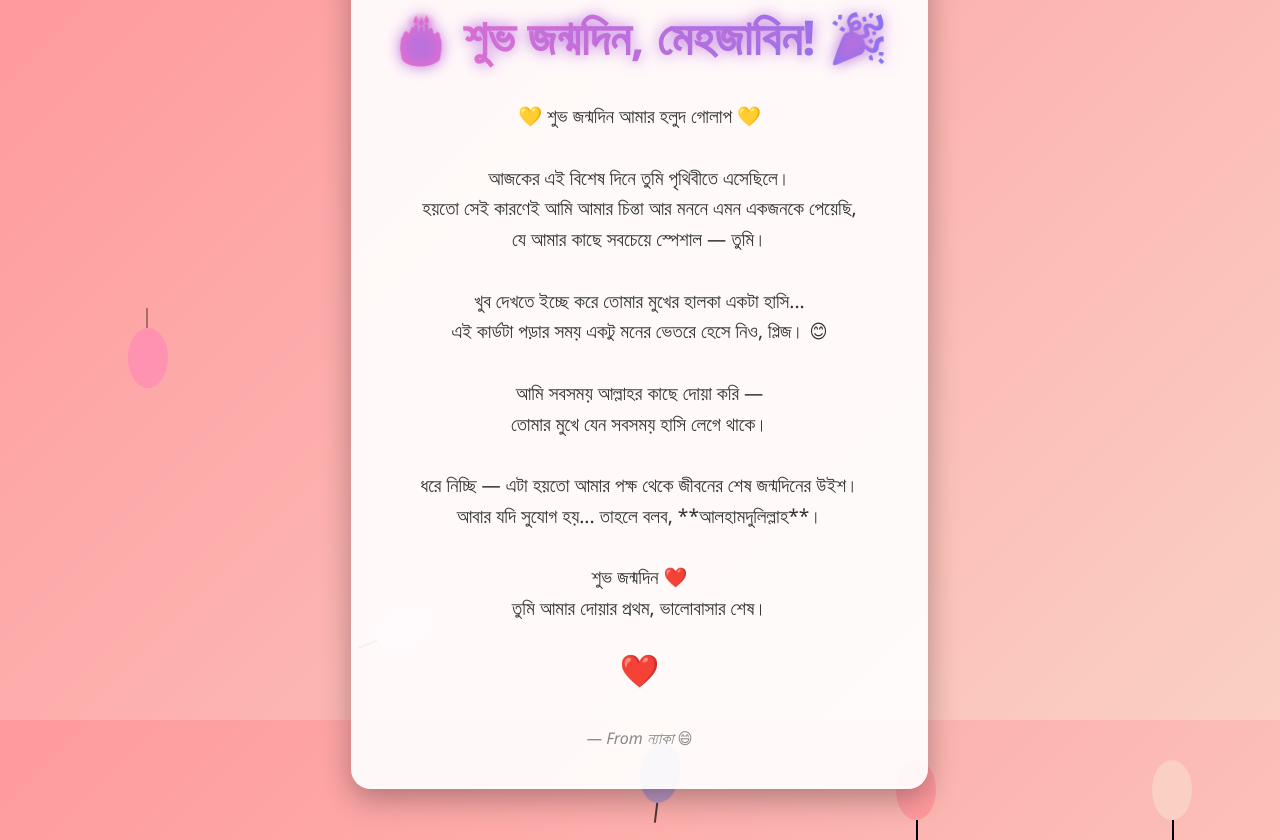
Repository: tanimtanzilislam/Card
Page: index.html
The author's editor kept a copy of each file at every save. The page is drawn from the files as they stood at one save, then again after the next save.
The browser window is 1280 px wide. The pictures show the whole page.

Above is the page before, as saved 2025-05-29 21:46:12.

After the next save:
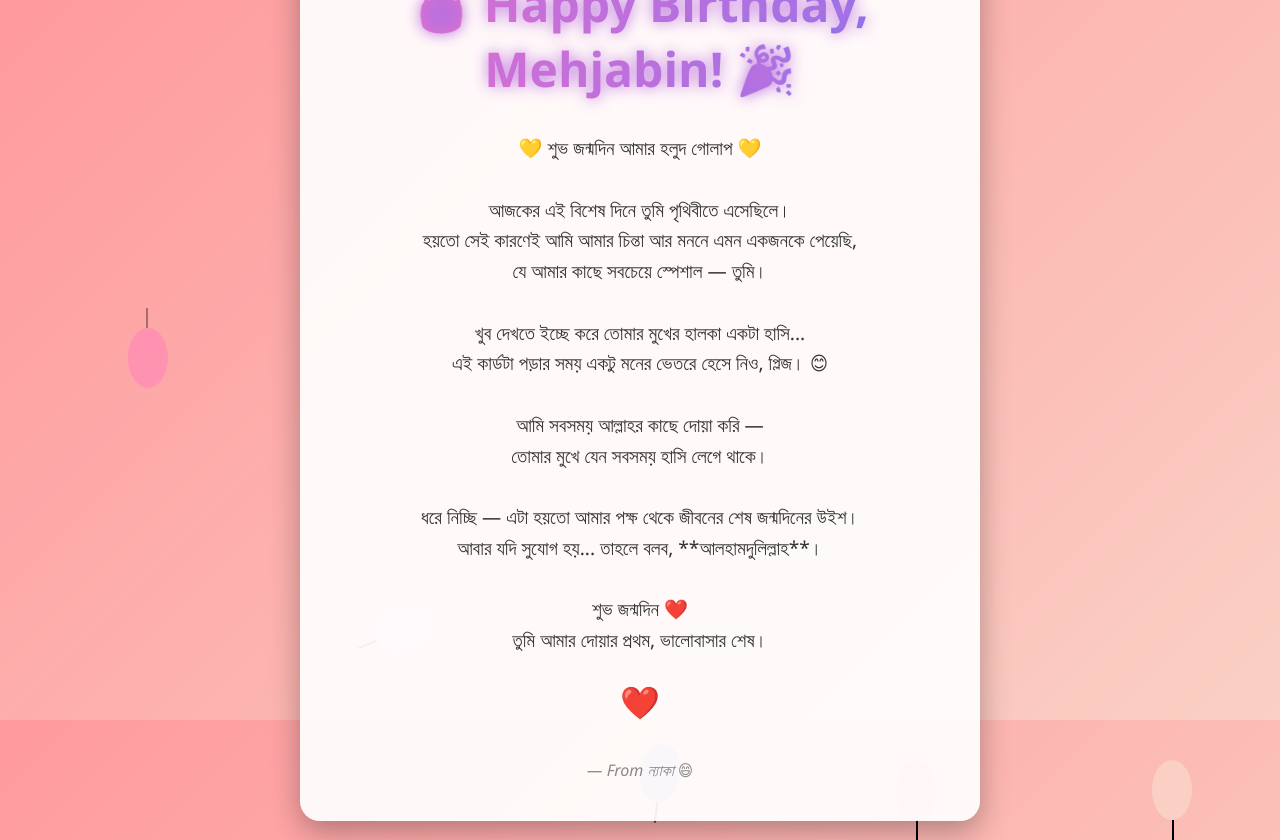
Saved 111 s later.
--- a/index.html
+++ b/index.html
@@ -2,12 +2,13 @@
 <html lang="bn">
 <head>
   <meta charset="UTF-8">
-  <title>🎂 শুভ জন্মদিন, মেহজাবিন! 🎉</title>
+  <title>Happy Birthday Mehjabin!</title>
   <style>
     body {
       margin: 0;
       padding: 0;
       background: linear-gradient(135deg, #ff9a9e 0%, #fad0c4 100%);
+      background-size: cover;
       font-family: 'Segoe UI', Tahoma, Geneva, Verdana, sans-serif;
       display: flex;
       align-items: center;
@@ -146,7 +147,7 @@
 
   <!-- Card -->
   <div class="card">
-    <h1>🎂 শুভ জন্মদিন, মেহজাবিন! 🎉</h1>
+    <h1>🎂 Happy Birthday, Mehjabin! 🎉</h1>
     <p>
       💛 শুভ জন্মদিন আমার হলুদ গোলাপ 💛<br><br>
       আজকের এই বিশেষ দিনে তুমি পৃথিবীতে এসেছিলে।<br>
